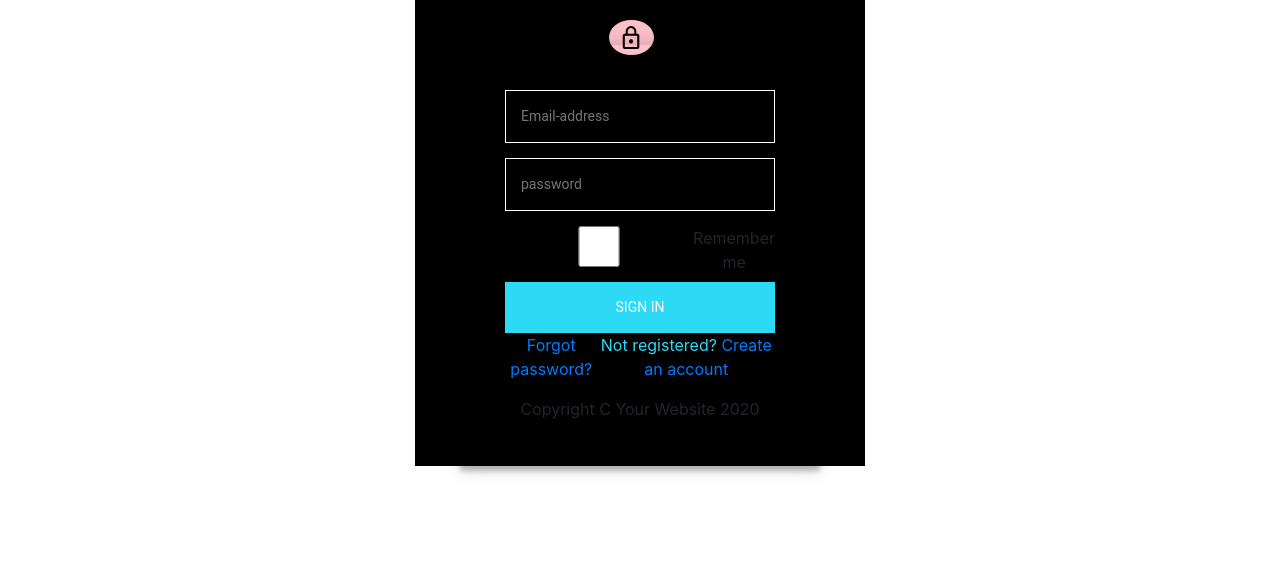
Repository: andbilous/cursor-styled-components
Page: /sign-in
These files come from the project's save history. The page is drawn as it stood at one moment and after a run of saves; the edit follows.
The browser window is 1280 px wide. The pictures show the whole page.
The project was rebuilt for these pictures with package versions that can differ from the ones it lists, and the page was loaded fresh each time. Also part of the build but not shown: src/App.css, src/components/SignUpForm.jsx.

Above is the page before, as saved 2020-04-19 15:37:10.

After the next 3 saves:
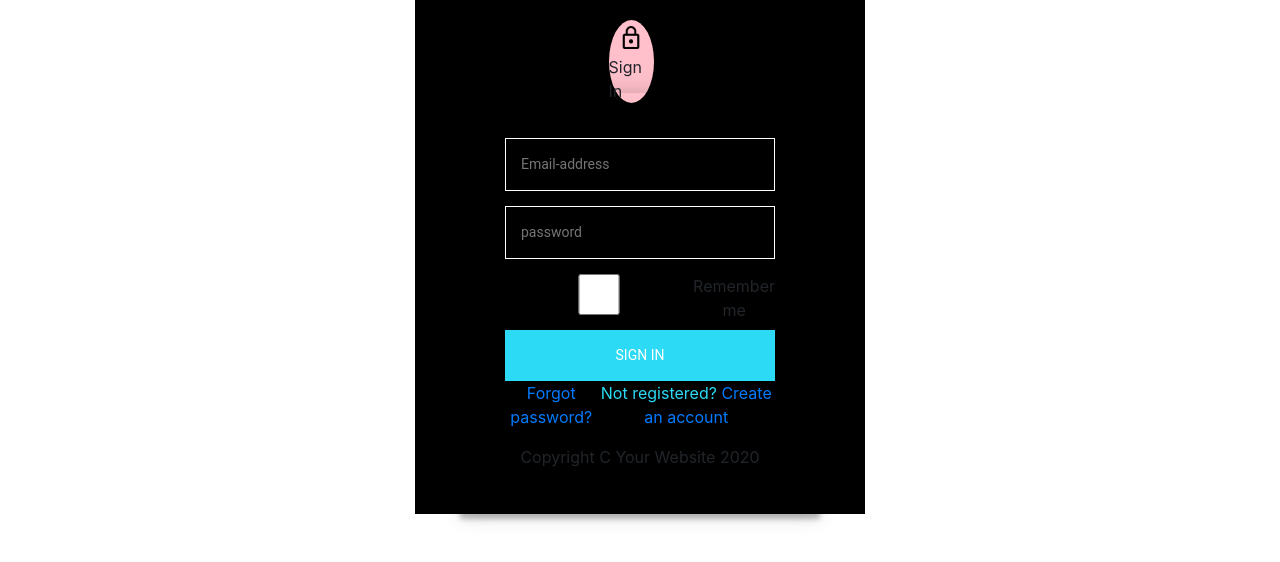
The 3 saves are shown as one change because they came seconds apart.
The last was saved 10 s later.
--- a/src/components/SignInForm.jsx
+++ b/src/components/SignInForm.jsx
@@ -128,7 +128,7 @@
 <div class="login-page">
   <div class='img-container'>
     <img src={require('../assets/padlock.png')}/>
-
+    <span>Sign In</span>
     </div>
 
   <div class="form">

After the save that followed:
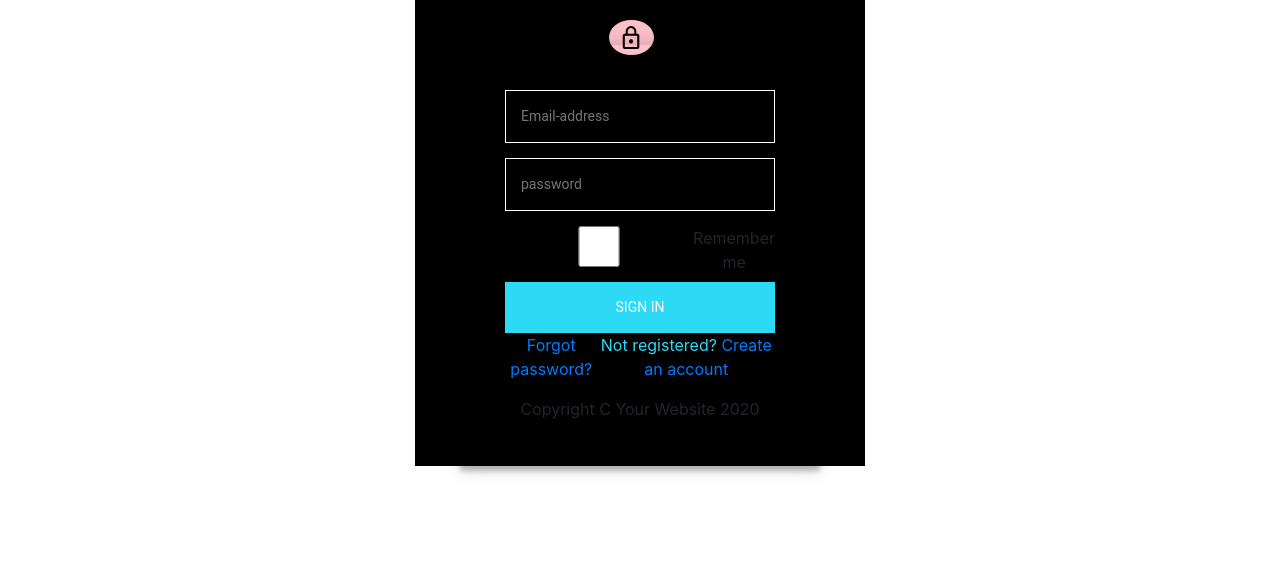
Saved 7 s later.
--- a/src/components/SignInForm.jsx
+++ b/src/components/SignInForm.jsx
@@ -128,7 +128,7 @@
 <div class="login-page">
   <div class='img-container'>
     <img src={require('../assets/padlock.png')}/>
-    <span>Sign In</span>
+
     </div>
 
   <div class="form">
